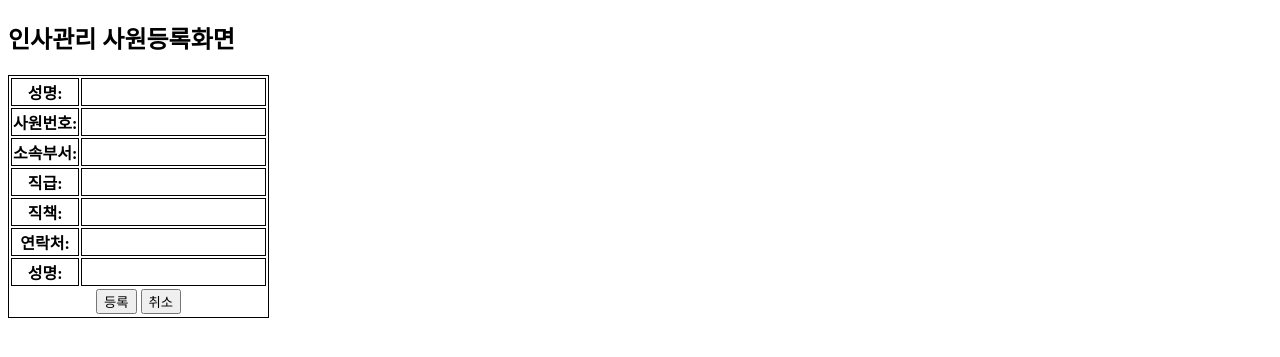
Repository: guguping/finalTestStudy
Page: http://localhost/test1/saveMemberForm.jsp
These files come from the project's save history. The page is drawn as it stood at one moment and after the next save; the edit follows.
The browser window is 1280 px wide. The pictures show the whole page.
The page is served by Tomcat 9.

Above is the page before, as saved 2023-07-28 03:54:44.

After the next save:
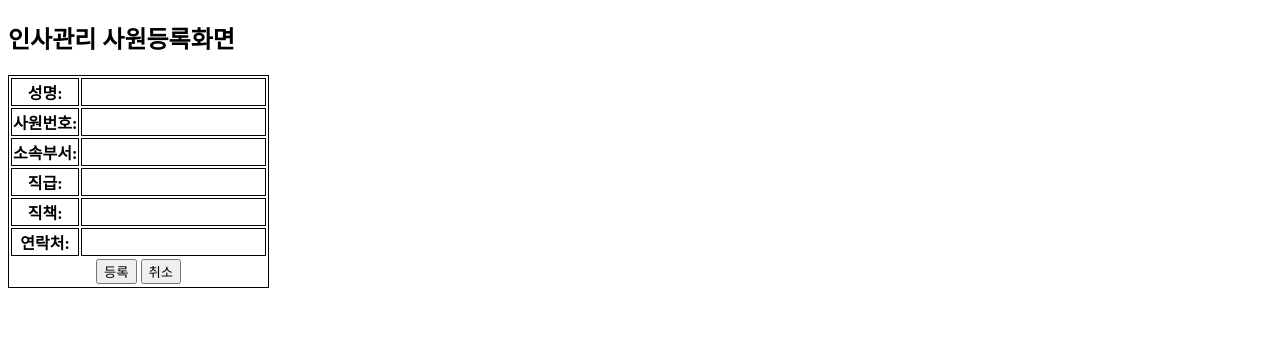
Saved 87 s later.
--- a/test1/src/main/webapp/saveMemberForm.jsp
+++ b/test1/src/main/webapp/saveMemberForm.jsp
@@ -45,10 +45,6 @@
 			<th><input type="text" id="phone" name="phone"></th>
 		</tr>
 		<tr>
-			<th><label for="name">성명: </label></th>
-			<th><input type="text" id="name" name="name"></th>
-		</tr>
-		<tr>
 			<td colspan = "2"><button type="submit">등록</button>
 			<button type="button" onclick="index()">취소</button></td>
 		</tr>
